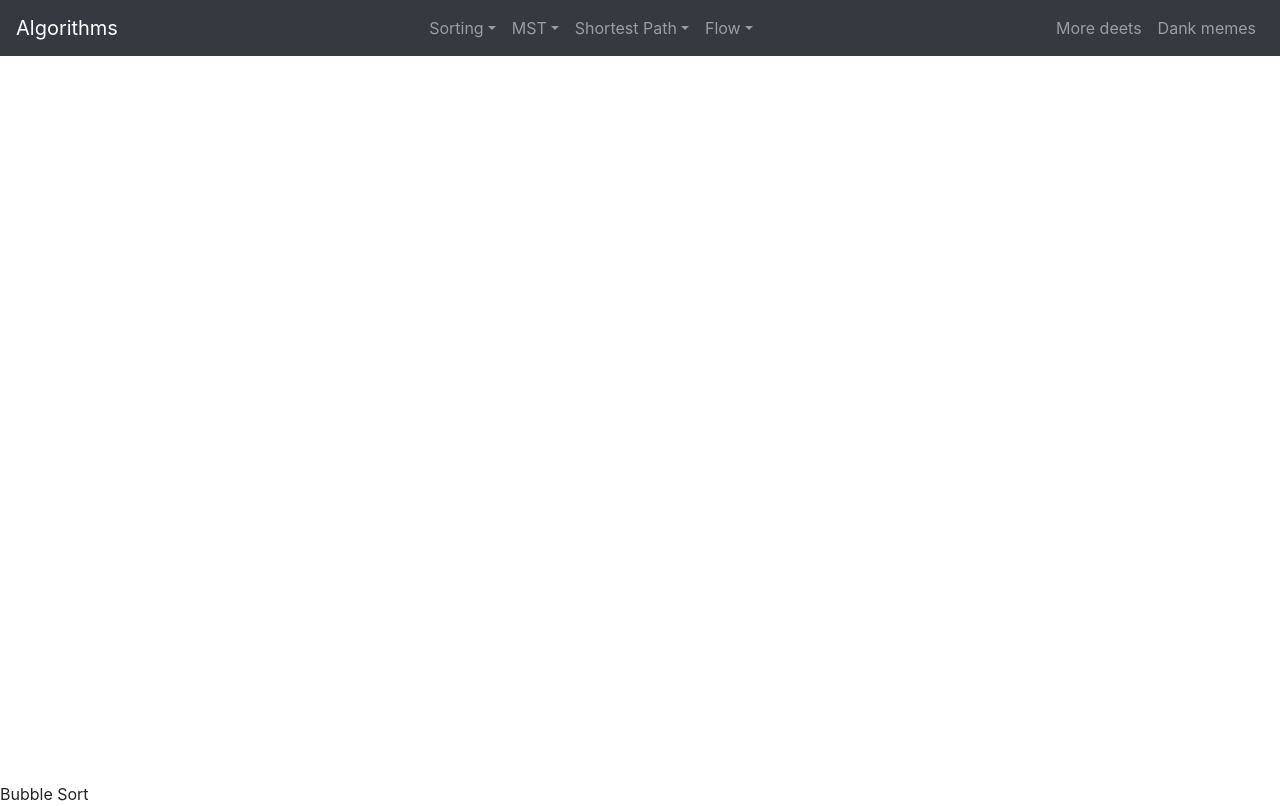
Repository: dkasima1/Algorithm-Visualizations
Page: /Sorting/Bubble_Sort
These files come from the project's save history. The page is drawn as it stood at one moment and after the next save; the edit follows.
The browser window is 1280 px wide. The pictures show the whole page.
The project was rebuilt for these pictures with package versions that can differ from the ones it lists, and the page was loaded fresh each time.

Above is the page before, as saved 2020-06-29 23:03:15.

After the next save:
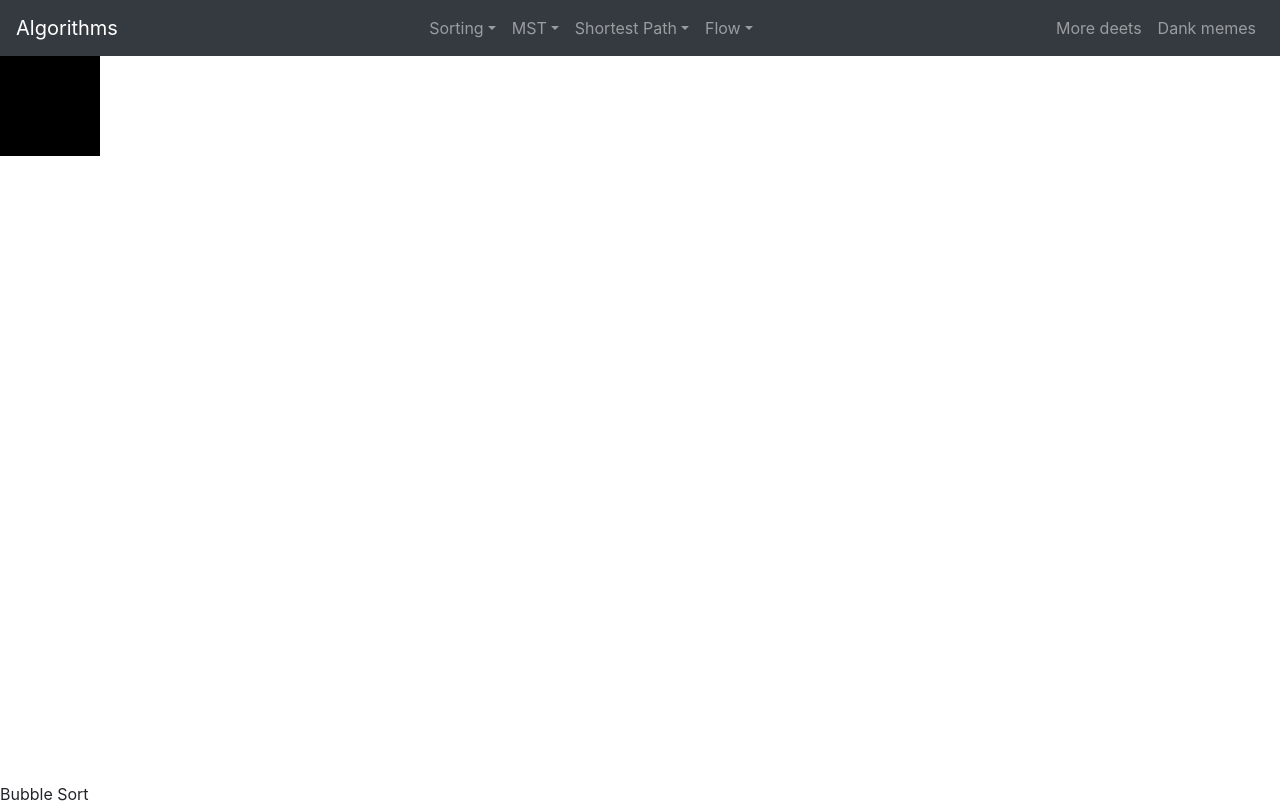
Saved 3 min 55 s later.
--- a/src/components/BarGraph.js
+++ b/src/components/BarGraph.js
@@ -2,14 +2,23 @@ import React from "react";
 
 class BarGraph extends React.Component {
 
+    constructor(props) {
+        super(props);
+        this.canvasRef = React.createRef();
+    }
+
+    componentDidMount() {
+        const canvas = this.canvasRef.current;
+        let ctx = canvas.getContext("2d");
+        ctx.fillRect(0,0,100,100);
+        ctx.fillStyle = "red";
+
+    }
     render() {
-
-        let canvas = document.createElement("CANVAS");
-        let ctx = canvas.getContext("2d");
-        ctx.fillStyle = "red"
-        ctx.fillRect(0,0,100,100);
         return (
-            <canvas id={canvas} height="720" width="1080" />
+            <div>
+                <canvas ref={this.canvasRef} height="720" width="1080" />
+            </div>
         )
     }
 
